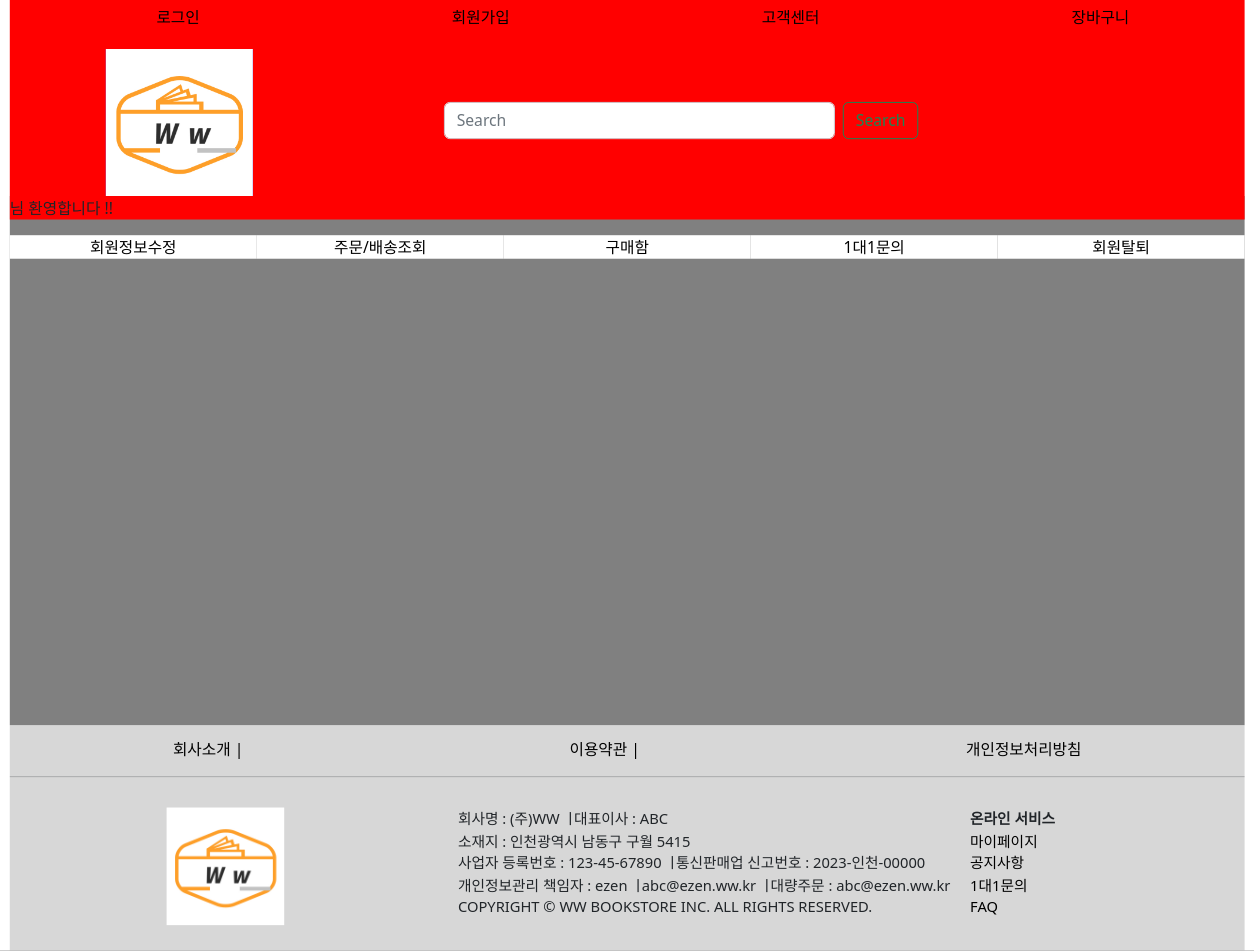
Repository: leehyeonung/project6
Page: http://localhost/book/WEB-INF/views/member/memberMypage.jsp
An editor plug-in stored every save of this project. The page is shown before and after the next save, followed by the edit.
The browser window is 1280 px wide. The pictures show the whole page, at 98% of full size.
The page is served by Tomcat 9. Nobody is signed in. The template is opened directly, without the code that normally fills it, so the values that code supplies are empty.

Above is the page before, as saved 2023-01-06 08:52:08.

After the next save:
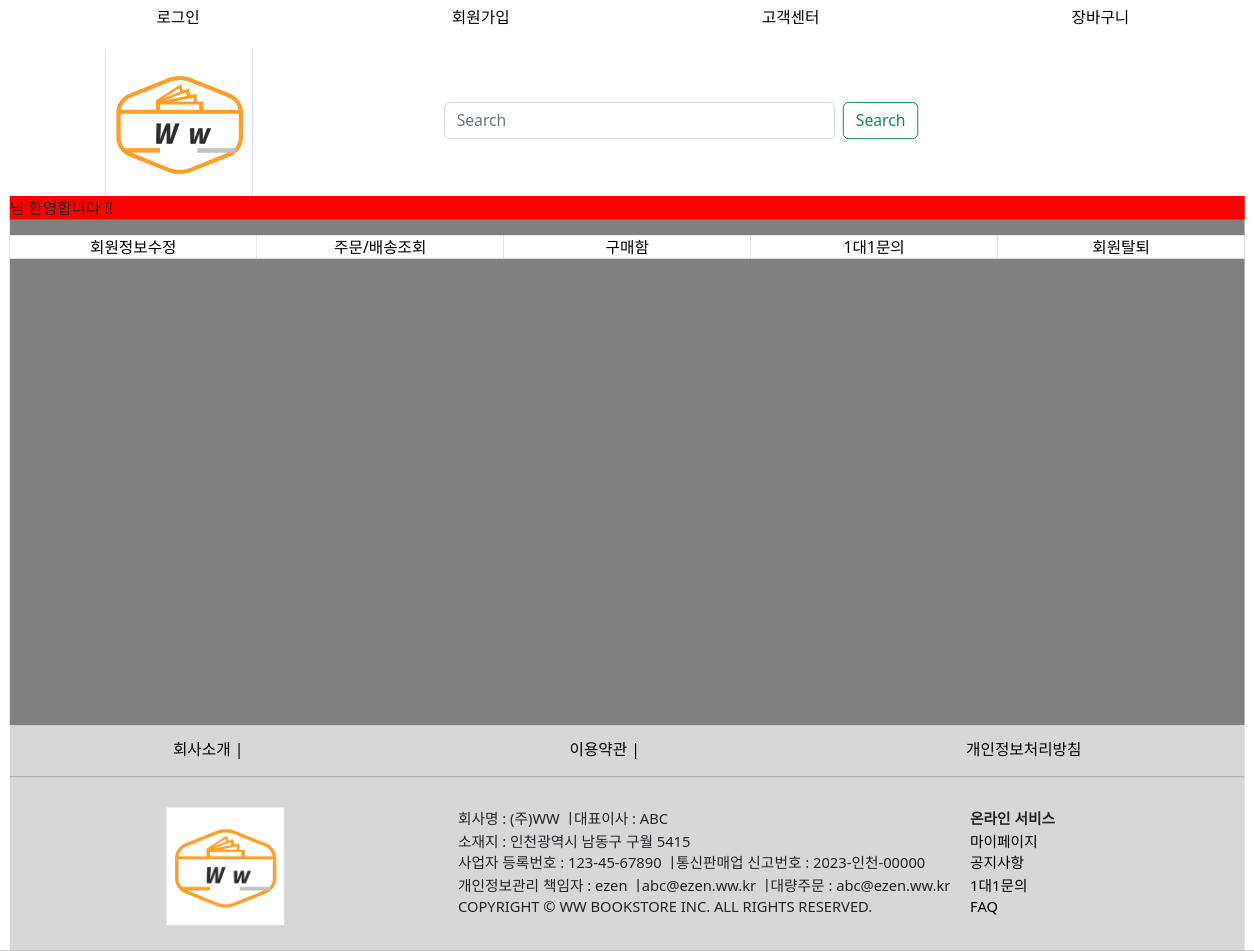
Saved 16 h 18 min later.
--- a/book/src/main/webapp/resources/css/header.css
+++ b/book/src/main/webapp/resources/css/header.css
@@ -4,8 +4,7 @@
 	padding: 0px;
 }
 .header{
-	background-color : red;
-	margin: 0 auto;
+
     width: 1260px;
     height: 200px;
    /*  background-color: pink; */
